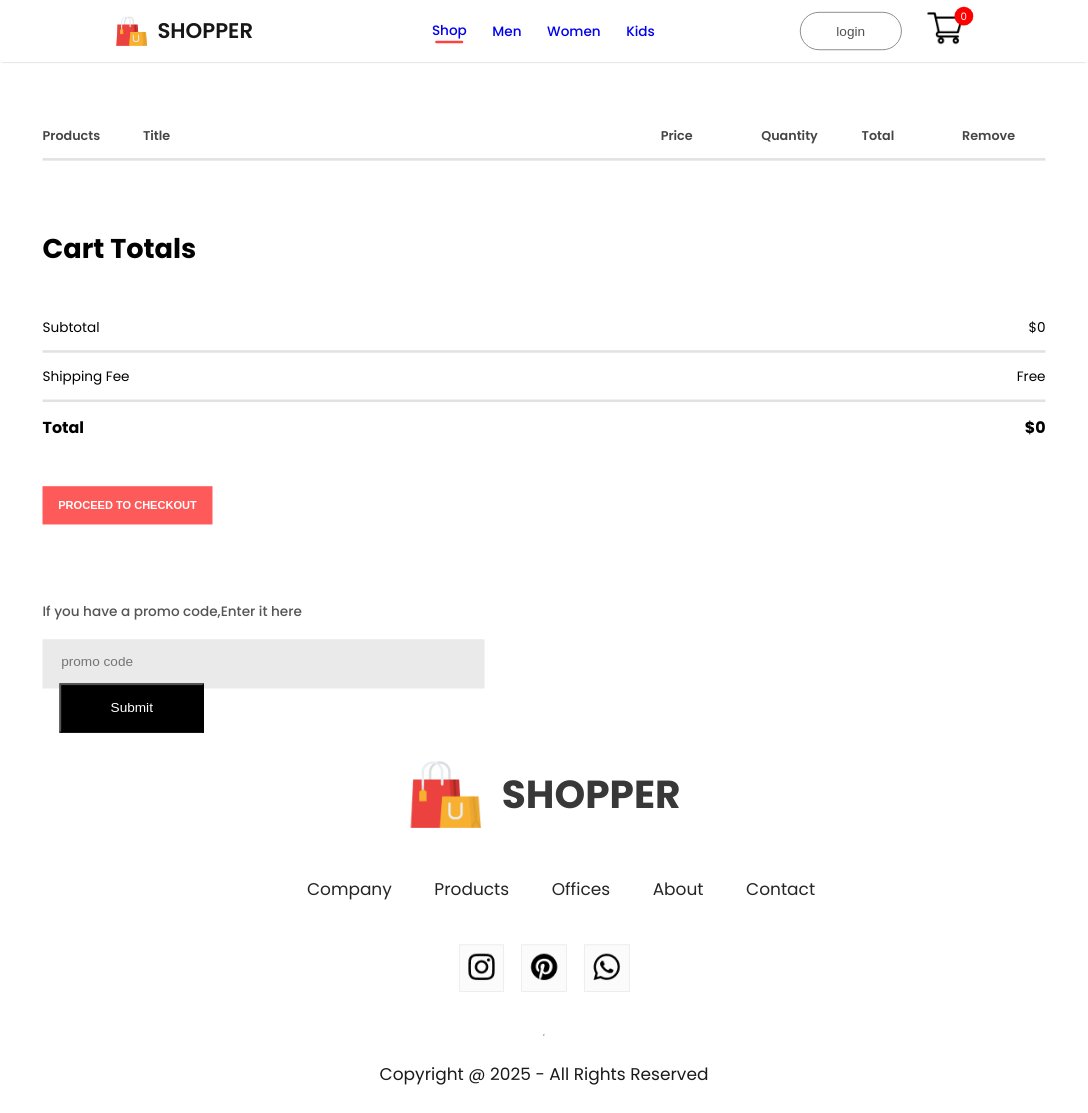
Repository: PayalJakhar/Shoppers-E-commerce-Website
Page: /cart (app in frontend/)
An editor plug-in stored every save of this project. The page is shown before and after a run of saves, followed by the edit.
The browser window is 1280 px wide. The pictures show the whole page, at 85% of full size.
The project was rebuilt for these pictures with package versions that can differ from the ones it lists, and the page was loaded fresh each time. Also part of the build but not shown: frontend/src/App.css, frontend/src/Components/Hero/Hero.css, frontend/src/Components/Hero/Hero.jsx, frontend/src/Components/Popular/Popular.css, frontend/src/Components/Assets/Frontend_Assets/data.js, frontend/src/Components/Item/Item.css, frontend/src/Components/Item/Item.jsx, frontend/src/Components/Popular/Popular.jsx and 21 more.

Above is the page before, as saved 2025-01-17 19:24:22.

### frontend/src/index.js
import React from 'react';
import ReactDOM from 'react-dom/client';
import './index.css';
import App from './App';
import reportWebVitals from './reportWebVitals';
import ShopContextProvider from './Context/ShopContext';

const root = ReactDOM.createRoot(document.getElementById('root'));
root.render(
  <ShopContextProvider>
  <React.StrictMode>
    <App />
  </React.StrictMode>
  </ShopContextProvider>
);

// If you want to start measuring performance in your app, pass a function
// to log results (for example: reportWebVitals(console.log))
// or send to an analytics endpoint. Learn more: https://bit.ly/CRA-vitals
reportWebVitals();

### frontend/src/index.css
*{
  margin:0;
}
body {
  margin: 0;
  font-family: -apple-system, BlinkMacSystemFont, 'Segoe UI', 'Roboto', 'Oxygen',
    'Ubuntu', 'Cantarell', 'Fira Sans', 'Droid Sans', 'Helvetica Neue',
    sans-serif;
  -webkit-font-smoothing: antialiased;
  -moz-osx-font-smoothing: grayscale;
  font-family:'poppins';
}

code {
  font-family: source-code-pro, Menlo, Monaco, Consolas, 'Courier New',
    monospace;
}

### frontend/src/App.js
import './App.css';
import Navbar from './Components/Navbar/Navbar';
import Shop from './Pages/Shop';
import ShopCategory from './Pages/ShopCategory';
import Product from './Pages/Product';
import Cart from './Pages/Cart';
import LoginSignup from './Pages/LoginSignup';
import { BrowserRouter as Router, Routes, Route } from "react-router-dom";
import Footer from './Components/Footer/Footer'
import men_banner from './Components/Assets/Frontend_Assets/banner_mens.png'
import women_banner from './Components/Assets/Frontend_Assets/banner_women.png'
import kid_banner from './Components/Assets/Frontend_Assets/banner_kids.png'
function App() {
  return (
    <div>
      <Router>
        <Navbar />
        <Routes>
          <Route exact path="/" element={<Shop/>} />
          <Route exact path="/mens" element={<ShopCategory banner={men_banner} category="men" />} />
          <Route exact path="/women" element={<ShopCategory banner={women_banner} category="women" />} />
          <Route exact path="/kids" element={<ShopCategory banner={kid_banner} category="kid" />} />
          <Route exact path="/product/:productID" element={<Product />} />
          <Route exact path="/cart" element={<Cart />} />
          <Route exact path="/login" element={<LoginSignup />} />
        </Routes>
        <Footer/>
      </Router>
    </div>
  );
}

export default App;

### frontend/src/Context/ShopContext.jsx
import React, { createContext, useState } from "react";
import all_product from '../Components/Assets/Frontend_Assets/all_product';

export const ShopContext = createContext(null);

const getDefaultCart = () => {
    let cart = {};
    for (let index = 0; index < all_product.length; index++) {
        cart[index] = 0;
    }
    return cart;
}

const ShopContextProvider = (props) => {
    const [cartItems, setCartItems] = useState(getDefaultCart());

    const addToCart = (itemId) => {
        setCartItems((prev) => ({ ...prev, [itemId]: prev[itemId] + 1 }));
        console.log(cartItems);
    }

    const removeFromCart = (itemId) => {
        setCartItems((prev) => ({ ...prev, [itemId]: prev[itemId] - 1 }));
    }

    const getTotalCartAmount = () => {
        let totalAmount = 0;
        for (const item in cartItems) {
            if (cartItems[item] > 0) {
                let itemInfo = all_product.find((product) => product.id === Number(item));
                totalAmount += itemInfo.new_price * cartItems[item];
            }
        }
        return totalAmount;
    }

    const getTotalCartItems = () => {
        let totalItem = 0;
        for (const item in cartItems) {
            if (cartItems[item] > 0) {
                totalItem += cartItems[item];
            }
        }
        return totalItem;
    }

    const contextValue = { getTotalCartItems, getTotalCartAmount, all_product, cartItems, addToCart, removeFromCart };

    return (
        <ShopContext.Provider value={contextValue}>
            {props.children}
        </ShopContext.Provider>
    )
}

export default ShopContextProvider;

### frontend/src/Components/Navbar/Navbar.jsx
import React, { useContext, useState, useRef } from 'react';
import { Link } from 'react-router-dom';
import './Navbar.css';
import logo from '../Assets/Frontend_Assets/logo.png';
import cart_icon from '../Assets/Frontend_Assets/cart_icon.png';
import { ShopContext } from '../../Context/ShopContext';
import nav_dropdown from '../Assets/Frontend_Assets/nav_dropdown.png'

export default function Navbar() {
    const [menu, setMenu] = useState('shop');
    const {getTotalCartItems} = useContext(ShopContext);
    const menuRef = useRef();

    const dropdown_toggle = (e) =>{
        menuRef.current.classList.toggle('nav-menu-visible');
        e.target.classList.toggle('open');
    }


    return (
        <div className="navbar">
            <div className="nav-logo">
                <img src={logo} alt="" />
                <p> SHOPPER</p>
            </div>
            <img  className='nav-dropdown' onClick={dropdown_toggle} src={nav_dropdown} alt=""/>
            <ul ref={menuRef} className="nav-menu">
                <li onClick={() => { setMenu('shop') }}><Link style={{textDecoration:'none'}} to='/'>Shop</Link>{menu === 'shop' ? <hr /> : <></>}</li>
                <li onClick={() => { setMenu('mens') }}><Link style={{textDecoration:'none'}} to='/mens'>Men</Link>{menu === 'mens' ? <hr /> : <></>}</li>
                <li onClick={() => { setMenu('women') }}><Link style={{textDecoration:'none'}} to='/women'>Women</Link>{menu === 'women' ? <hr /> : <></>}</li>
                <li onClick={() => { setMenu('kids') }}><Link style={{textDecoration:'none'}} to='/kids'>Kids</Link>{menu === 'kids' ? <hr /> : <></>}</li>
            </ul>
            <div className="nav-login-cart">
                <Link style={{textDecoration:'none'}} to='/login'><button>login</button></Link>
                <Link style={{textDecoration:'none'}} to='/cart'><img src={cart_icon} alt="" /></Link>
                <div className="nav-cart-count">{getTotalCartItems()}</div>
            </div>
        </div>
    )
}

### frontend/src/Pages/Cart.jsx
import React from 'react'
import CartItems from '../Components/CartItems/CartItems'

export default function Cart() {
  return (
    <div>
      <CartItems/>
    </div>
  )
}

### frontend/src/Components/Footer/Footer.jsx
import React from 'react'
import './Footer.css'
import footer_logo from '../Assets/Frontend_Assets/logo_big.png'
import instagram_icon from '../Assets/Frontend_Assets/instagram_icon.png'
import pintester_icon from '../Assets/Frontend_Assets/pintester_icon.png'
import whatsapp_icon from '../Assets/Frontend_Assets/whatsapp_icon.png'
export default function Footer() {
  return (
    <div className='footer'>
        <div className="footer-logo">
            <img src={footer_logo} alt=""/>
            <p>SHOPPER</p>
        </div>
        <ul className="footer-links">
            <li>Company</li>
            <li>Products</li>
            <li>Offices</li>
            <li>About</li>
            <li>Contact</li>
        </ul>
        <div className="footer-social-icon">
            <div className="footer-icons-container">
                <img src={instagram_icon} alt=""/>
            </div>
            <div className="footer-icons-container">
                <img src={pintester_icon} alt=""/>
            </div>
            <div className="footer-icons-container">
                <img src={whatsapp_icon} alt=""/>
            </div>
        </div>
        <div className="footer-copyright">
            <hr/>
            <p>Copyright @ 2025 - All Rights Reserved</p>
        </div>
    </div>
  )
}

### frontend/src/Components/Navbar/Navbar.css
.navbar{
    display:flex;
    justify-content:space-around;
    padding:16px;
    box-shadow:0 1px 3px -2px black;
    align-items: center;
}

.nav-logo{
    display:flex;
    align-items:center;
    gap:10px;
}

.nav-logo p{
    color: #171717;
    font-size: 38px;
    font-weight:600;
}

.nav-menu{
    display:flex;
    align-items:center;
    list-style:none;
    gap:50px;
    color: #626262;
    font-size:20px;
    font-weight: 500;
}

.nav-menu li{
    display:flex;
    flex-direction:column;
    align-items:center;
    justify-content:center;
    cursor:pointer;
}

.nav-menu hr{
    border:none;
    width:80%;
    height:3px;
    border-radius:10px;
    background: #FF4141;
}

.nav-login-cart{
    display:flex;
    align-items:center;
    gap:45px;
}

.nav-login-cart button{
    width:157px;
    height:58px;
    outline:none;
    border:1px solid #7a7a7a;
    border-radius:75px;
    color:#515151;
    font-size:20px;
    font-weight:500;
    background:white;
    cursor:pointer;
}

.nav-login-cart button:hover{
    background:#f3f3f3;
}

.nav-cart-count{
    width:22px;
    height:22px;
    display:flex;
    justify-content:center;
    align-items:center;
    margin-top:-35px;
    margin-left:-55px;
    border-radius:11px;
    font-size:14px;
    background:red;
    color:white;
}

.nav-dropdown{
    display: none;
}

/* here we are making it responsive for max-width: 1280px */

@media(max-width: 1280px){
    .navbar{
        padding: 12px 50px;
    }

    .nav-logo img{
        width: 40px;
    }
    .nav-logo p{
        font-size: 25px;
    }
    .nav-menu{
        gap: 30px;
        font-size: 16px;
    }
    .nav-login-cart{
        gap: 30px;
    }
    .nav-login-cart button{
        width: 120px;
        height: 45px;
        font-size: 16px;
    }
    .nav-cart-count{
        margin-left: -40px;
        font-size: 12px;
    }
}

@media(max-width: 1024px){
    .navbar{
        padding: 12px 30px;
    }

    .nav-menu{
        gap: 25px;
        font-size: 14px;
    }
    .nav-login-cart button{
        width: 80px;
        height: 35px;
        font-size: 14px;
    }
    .nav-cart-count{
        width: 18px;
        height: 18px;
    }
    .nav-login-cart img{
        width: 30px;
    }
}

@media(max-width: 800px){
    .navbar{
        padding: 10px 0px;
    }

    .nav-dropdown{
        display: block;
        width: 30px;
        rotate: -90deg;
        transition: 0.5s;
    }
    .nav-menu{
        display: none;
        height: 80px;
        width: 100%;
        position: absolute;
        background-color: white;
        justify-content: center;
        top: 50px;
    }
    .nav-menu-visible{
        display: flex;
    }
    .nav-dropdown.open{
        transform: rotate(90deg);
    }
}


@media(max-width: 500px){
    .navbar{
        padding: 8px 0px;
        gap: 0;
    }

    .nav-logo{
       transform: scale(0.8);
    }
    .nav-menu{
        height: 70px;
        top: 50px;
        display: none;
    }
    .nav-login-cart{
        transform: scale(0.8);
    }
    .nav-menu-visible{
        display: flex;
    }
    .nav-dropdown.open{
        transform: rotate(90deg);
    }
}

### frontend/src/Components/CartItems/CartItems.jsx
import React, { useContext } from 'react';
import './CartItems.css';
import { ShopContext } from '../../Context/ShopContext';
import remove_icon from '../Assets/Frontend_Assets/cart_cross_icon.png';

const CartItems = () => {
    const {getTotalCartAmount,all_product,cartItems,removeFromCart}=useContext(ShopContext);
  return (
    <div className='cartitems'>
      <div className="cartitems-format-main">
        <p>Products</p>
        <p>Title</p>
        <p>Price</p>
        <p>Quantity</p>
        <p>Total</p>
        <p>Remove</p>
      </div>
      <hr />
      {all_product.map((e)=>{
            if(cartItems[e.id]>0){
                return  <div>
                            <div className="cartiitems-format cartitems-format-main">
                                <img src={e.image} alt="" className='carticon-product-icon'/>
                                <p>{e.name}</p>
                                <p>${e.new_price}</p>
                                <button className='cartitems-quantity'>{cartItems[e.id]}</button>
                                <p>${e.new_price*cartItems[e.id]}</p>
                                <img
                                className='cartitems-remove-icon' src={remove_icon} onClick={()=>{removeFromCart(e.id)}} alt="" />

                            </div>
                            <hr />
                        </div>
            }
            return null;
      })}
      <div className="cartitems-down">
        <div className="cartitems-total">
            <h1>Cart Totals</h1>
            <div>
                <div className="cartitems-total-item">
                    <p>Subtotal</p>
                    <p>${getTotalCartAmount()}</p>
                </div>
                <hr />
                <div className="cartitems-total-item">
                    <p>Shipping Fee</p>
                    <p>Free</p>
                </div>
                <hr />
                <div className="cartitems-total-item">
                    <h3>Total</h3>
                    <h3>${getTotalCartAmount()}</h3>
                </div>

            </div>
            <button>PROCEED TO CHECKOUT</button>
        </div>
        <div className="cartitems-promocode">
            <p>If you have a promo code,Enter it here</p>
            <div className="cartitems-promobox">
                <input type="text" placeholder='promo code' />
                <button>Submit</button>
            </div>
        </div>
      </div>

    </div>
  )
}

export default CartItems

### frontend/src/Components/Footer/Footer.css
.footer{
    display: flex;
    flex-direction: column;
    justify-content: center;
    align-items: center;
    gap: 50px;
}

.footer-logo{
    display: flex;
    align-items: center;
    gap: 20px;
}

.footer-logo p{
    color: #383838;
    font-size: 46px;
    font-weight: 700;

}

.footer-links{
    display: flex;
    list-style: none;
    gap: 50px;
    color: #252525;
    font-size: 20px;
}

.footer-links li{
    cursor: pointer;
}

.footer-social-icon{
    display: flex;
    gap: 20px;
}

.footer-icons-container{
    padding: 10px;
    padding-bottom:6px;
    background: #fbfbfb;
    border: 1px solid #ebebeb;
}

.footer-copyright{
    display: flex;
    flex-direction: column;
    align-items: center;
    gap: 30px;
    width: 100%;
    margin-bottom: 30px;
    color: #1a1a1a;
    font-size: 20px;
}

.footer-copyright r{
    width: 80%;
    border: none;
    border-radius: 10px;
    height: 3px;
    background: #c7c7c7;
}

@media(max-width: 800px){
    .footer{
        gap: 20px;
    }
    .footer-lgo{
        gap: 10px;
        align-items: end;
    }
    .footer-logo img{
        width: 40px;
    }
    .footer-logo p{
        font-size: 25px;
    }
    .footer-links{
        font-size: 14px;
        gap: 10px;
    }
    .footer-social-icon img{
        width: 22px;
    }
    .footer-copyright{
        font-size: 13px;
    }
}

### frontend/src/Components/CartItems/CartItems.css
.cartitems{
    margin: 100px 70px;
}
.cartitems hr{
    height: 3px;
    background: #e2e2e2;
    border: 0;
}
.cartitems-format-main{
    display: grid;
    grid-template-columns: 0.5fr 2fr 1fr 1fr 1fr 1fr;
    align-items: center;
    gap: 75px;
    padding: 20px 0px;
    color: #454545;
    font-size: 18px;
    font-weight: 600;

}
.cartiitems-format{
    font-size: 17px;
    font-weight: 500;
}
.carticon-product-icon{
    height: 62px;
}
.cartitems-remove-icon{
    width: 15px;
    margin: 0px 40px;
    cursor: pointer;
}
.cartitems-quantity{
    width: 64px;
    height: 50px;
    border: 2px solid #ebebeb;
    background: #fff;
}
.cartitems-down{
    display: flex;
    margin: 100px 0px;
}
.cartitems-total{
    flex: 1;
    display: flex;
    flex-direction: column;
    margin-right: 200px;
    gap: 40px;

}
.cartitems-total-item{
    display: flex;
    justify-content: space-between;
    padding: 15px 0px;
}
.cartitems-total button{
    width: 262px;
    height: 58px;
    outline: none;
    border: none;
    background: #ff5a5a;
    color:white;
    font-size: 16px;
    font-weight: 600;
    cursor: pointer;
}
.cartitems-promocode{
    flex:1;
    display: flex;
    flex-direction: column;
    font-weight: 500;

}
.cartitems-promocode p{
    color:#555;
    margin-top: 10px;
}
.cartitems-promobox{
    width: 504px;
    margin-top: 20px;
    padding-left: 20px;
    height: 58px;
    background: #eaeaea;
}
.cartitems-promobox input{
    border: none;
    outline: none;
    background: transparent;
    font-size: 16px;
    width: 330px;
    height: 50px;
}
.cartitems-promobox button{
    width: 170px;
    height: 58px;
    font-size: 16px;
    background: black;
    color: white;
    cursor: pointer;
}

@media(max-width:1280px){
    .cartitems{
        margin: 60px 50px;
    }

    .cartitems-format-main{
        grid-template-columns: 0.5fr 3fr 0.5fr 0.5fr 0.5fr 0.5fr;
        gap: 20px;
        padding: 15px 0px;
        font-size: 15px;
    }

    .carticon-product-icon{
        height: 50px;
    }

    .cartitems-remove-icon{
        margin: auto;
    }

    .cartitems-quantity{
        width: 40px;
        height: 30px;
    }

    .cartitems-down{

        margin: 80px 0px;

        flex-direction: column;

        gap: 80px;
    }

        .cartitems-total {

        margin: 0px;

        }

        .cartitems-total button{
        max-width: 200px;
        height: 45px;
        font-size: 13px;
        }
        .cartitems-promobox{
        width: auto;
        max-width: 500px;
        }

        .cartitems-promobox input{
            width: 100%;
        }

        .cartitems-promobox button{

        }

}

Loaded but not shown: frontend/public/index.html (common file); frontend/src/reportWebVitals.js (common file); frontend/src/Components/Assets/Frontend_Assets/all_product.js (329 lines, source omitted)

After the next 3 saves:
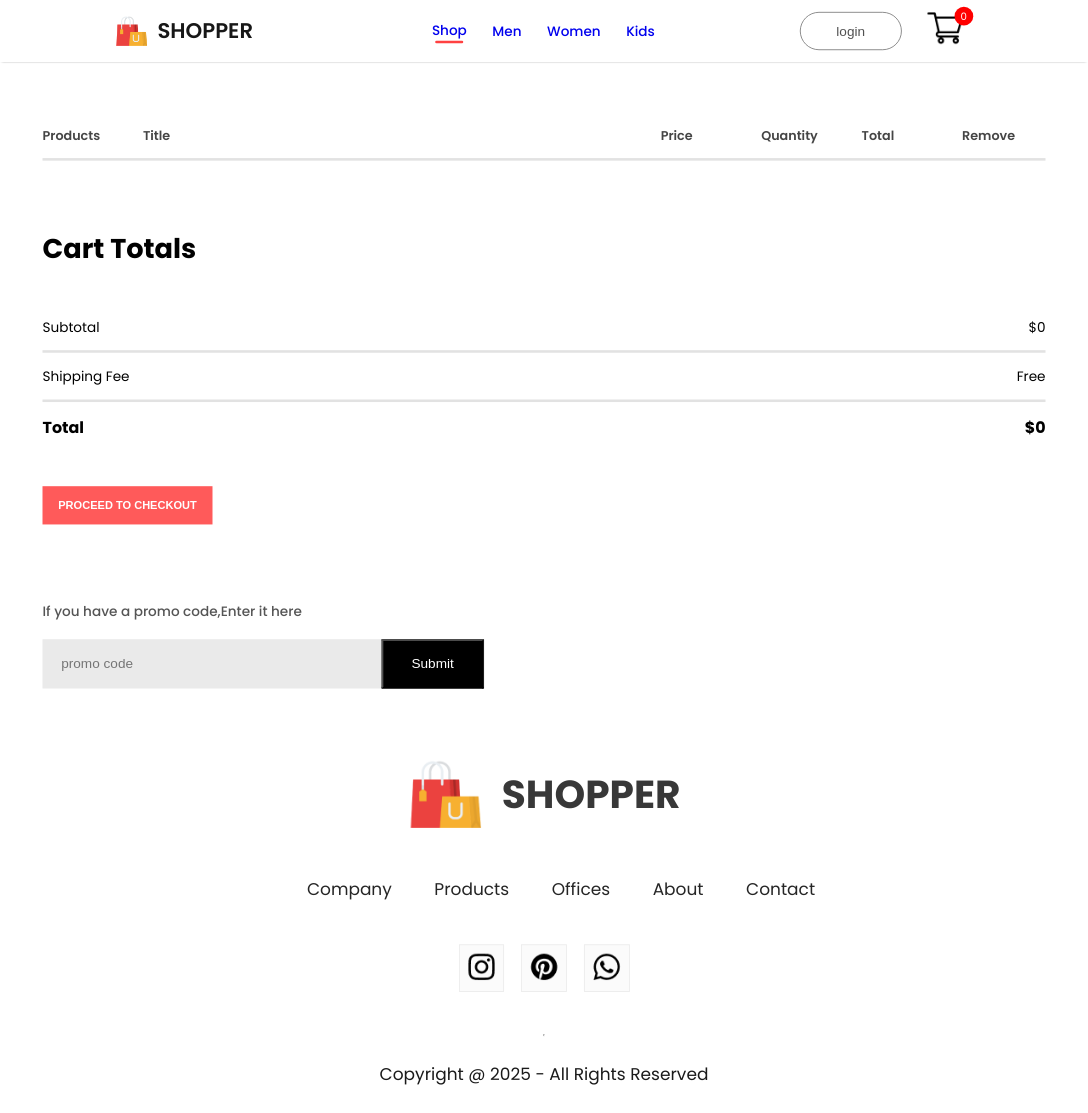
The 3 saves are shown as one change because they came seconds apart.
The last was saved 15 s later.
--- a/frontend/src/Components/CartItems/CartItems.css
+++ b/frontend/src/Components/CartItems/CartItems.css
@@ -153,7 +153,8 @@
         }
 
         .cartitems-promobox button{
-
+            width: 120px;
+            margin-left: -125px;
         }
 
 }
